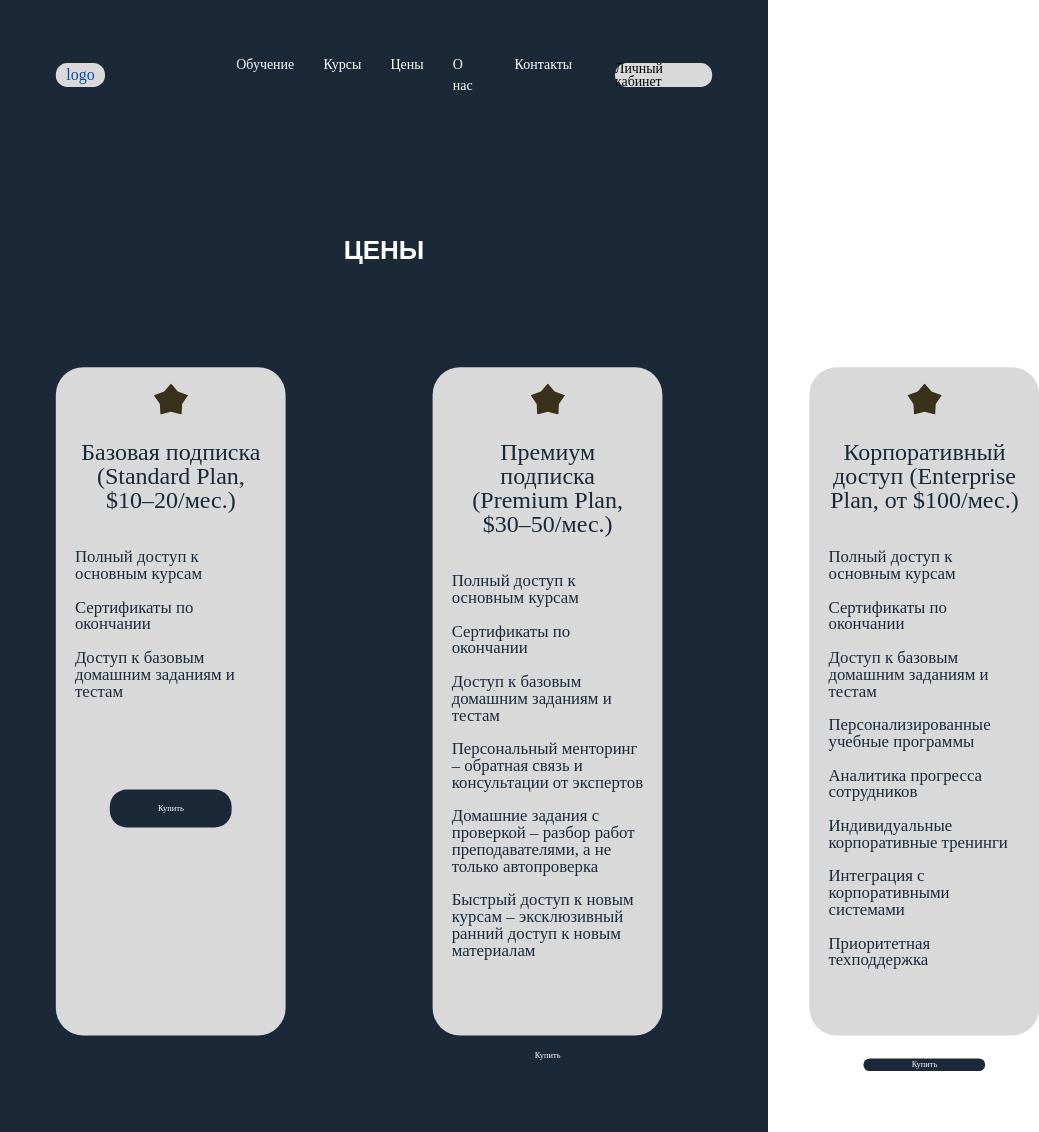
Repository: marjango/course
Page: /pricepage
An editor plug-in stored every save of this project. The page is shown before and after the next save, followed by the edit.
The browser window is 1280 px wide. The page is 1732 px wide, so the pictures cover 1732 px, including what lies to the right of the window. The pictures show the whole page, at 60% of full size.
The project was rebuilt for these pictures with package versions that can differ from the ones it lists, and the page was loaded fresh each time. The framework's server and built-in components were replaced by stand-ins that run in the browser. Also part of the build but not shown: next.config.ts.

Above is the page before, as saved 2025-03-26 21:25:50.

### app/layout.tsx
import type { Metadata } from "next";
import "./globals.css";
import './fonts.css';


export const metadata: Metadata = {
  title: "сourse",
  description: "it course",
};

export default function RootLayout({
  children,
}: Readonly<{
  children: React.ReactNode;
}>) {
  return (
    <html lang="en">
      <body

      >
        {children}
      </body>
    </html>
  );
}

### app/pricepage/page.tsx
import React from "react";
import Image from "next/image";
import s from "./price.module.css";
import Link from "next/link";
import star from "./Star.svg";

const pricepage = () => {
  return (
    <>
    <div className={s.pricepage}>
    <div className={s.headerContainer}>
          <Link href="/" className={s.logo}>
            logo
          </Link>

          <div className={s.nav}>
            <Link href="#">Обучение</Link>
            <Link href="/coursespage">Курсы</Link>
            <Link href="#">Цены</Link>
            <Link href="#">О нас</Link>
            <Link href="#">Контакты</Link>
          </div>

          <Link href="#" className={s.personal}>
            Личный кабинет
          </Link>
        </div>
      <h1>Цены</h1>
      <div className={s.columns}>
      <div className={s.column}>
        <Image src={star} width={58} height={55} alt="star" />
        <h3>Базовая подписка (Standard Plan, $10–20/мес.)</h3>
        <ul>
          <li>Полный доступ к основным курсам</li>
          <br />
          <li>Сертификаты по окончании</li>
          <br />
          <li>Доступ к базовым домашним заданиям и тестам</li>
        </ul>
        <button>Купить</button>
      </div>
      <div className={s.column}>
      <Image src={star} width={58} height={55} alt="star" />
        <h3>Премиум подписка (Premium Plan, $30–50/мес.)</h3>
        <ul>
          <li>Полный доступ к основным курсам</li>
          <br />
          <li>Сертификаты по окончании</li>
          <br />
          <li>Доступ к базовым домашним заданиям и тестам</li>
          <br />
          <li>
            Персональный менторинг – обратная связь и консультации от экспертов
          </li>
          <br />
          <li>
            Домашние задания с проверкой – разбор работ преподавателями, а не
            только автопроверка
          </li>
          <br />
          <li>
            Быстрый доступ к новым курсам – эксклюзивный ранний доступ к новым
            материалам
          </li>
        </ul>
        <button>Купить</button>
      </div>
      <div className={s.column}>
      <Image src={star} width={58} height={55} alt="star" />
        <h3>Корпоративный доступ (Enterprise Plan, от $100/мес.)</h3>
        <ul>
          <li>Полный доступ к основным курсам</li>
          <br />
          <li>Сертификаты по окончании</li>
          <br />
          <li>Доступ к базовым домашним заданиям и тестам</li>
          <br />
          <li>Персонализированные учебные программы</li>
          <br />
          <li>Аналитика прогресса сотрудников</li>
          <br />
          <li>Индивидуальные корпоративные тренинги</li>
          <br />
          <li>Интеграция с корпоративными системами</li>
          <br />
          <li>Приоритетная техподдержка</li>
        </ul>
        <button>Купить</button>
      </div>
      </div>
      </div>
    </>
  );
};

export default pricepage;

### app/globals.css
@import "tailwindcss";

* {
  font-family: 'Doloman Pavljenko';
}

h1 {
  font-family: 'Intro Friday', sans-serif;
  font-size: 3.39vw;
  line-height: 1.2;
  color: white;
  font-weight: bold;
  text-transform: uppercase;
}

### app/fonts.css
@font-face {
    font-family: 'Doloman Pavljenko';
    src: url("/public/fonts/DolomanPavljenko.otf") format('otf'),
    url("/public/fonts/DolomanPavljenko.otf") format('otf');
    font-weight: normal;
    font-style: normal;
  }

   @font-face {
     font-family: "Intro Friday";
     src: url("/public/fonts/Intro\ Friday\ Regular.ttf") format("ttf"),
     url("/public/fonts/Intro\ Friday\ Regular.ttf") format("ttf");
     font-weight: normal;
     font-style: normal;
   }

### app/pricepage/price.module.css
.pricepage {
    width: 100%;
    height: auto;
    padding: 7.03vw 7.29vw 12.60vw 7.29vw;
    background-color: #1b2838;
    display: flex;
    flex-direction: column;
    align-items: center;
    color: white;
}
.pricepage h1 {
    margin-top: 230px;
    margin-bottom: 170px;
}
.headerContainer {
    background: transparent;
    display: flex;
    justify-content: space-between;
    align-items: center;
    width: 100%;
  }

  .logo {
    padding: 0.52vw 1.35vw;
    background-color: #d9d9d9;
    border: none;
    border-radius: 1.51vw;
    color: #064b9b;
    font-size: 2.08vw;
    line-height: 2.08vw;
    font-weight: 300;
  }

  .nav {
    margin-left: 17.08vw;
    justify-self: center;
    font-size: 1.82vw;
    font-weight: 300;
    display: flex;
    gap: 3.8vw;
  }

  .personal {
    margin-left: 5.57vw;
    background-color: #d9d9d9;
    width: 12.66vw;
    height: 3.13vw;
    display: flex;
    justify-content: center;
    align-items: center;
    border: none;
    border-radius: 1.51vw;
    color: black;
    font-size: 1.8vw;
    line-height: 1.8vw;
    font-weight: 300;
  }

.columns {
    margin: 0 auto;
    display: flex;
    gap: 245px;
}
.column {
    background-color: #D9D9D9;
    border-radius: 46px;
    display: flex;
    flex-direction: column;
    align-items: center;
    width: 383px;
    height: 1114px;
    color: #1b2838;
    padding-bottom: 60px;
}
.column img {
    margin-top: 27px;
    margin-bottom: 43px;
}

.column h3 {
    font-size: 40px;
    line-height: 40px;
    font-weight: 300;
    text-align: center;
    max-width: 320px;
}
.column ul{
    max-width: 320px;
    font-size: 28px;
    line-height: 28px;
    margin-top: 60px;
    margin-bottom: 150px;
}
.column button {
    width: 203px;
    height: 63px;
    background-color: #1b2838;
    color: white;
    font-size: 14px;
    border: none;
    border-radius: 28px;

}

After the next save:
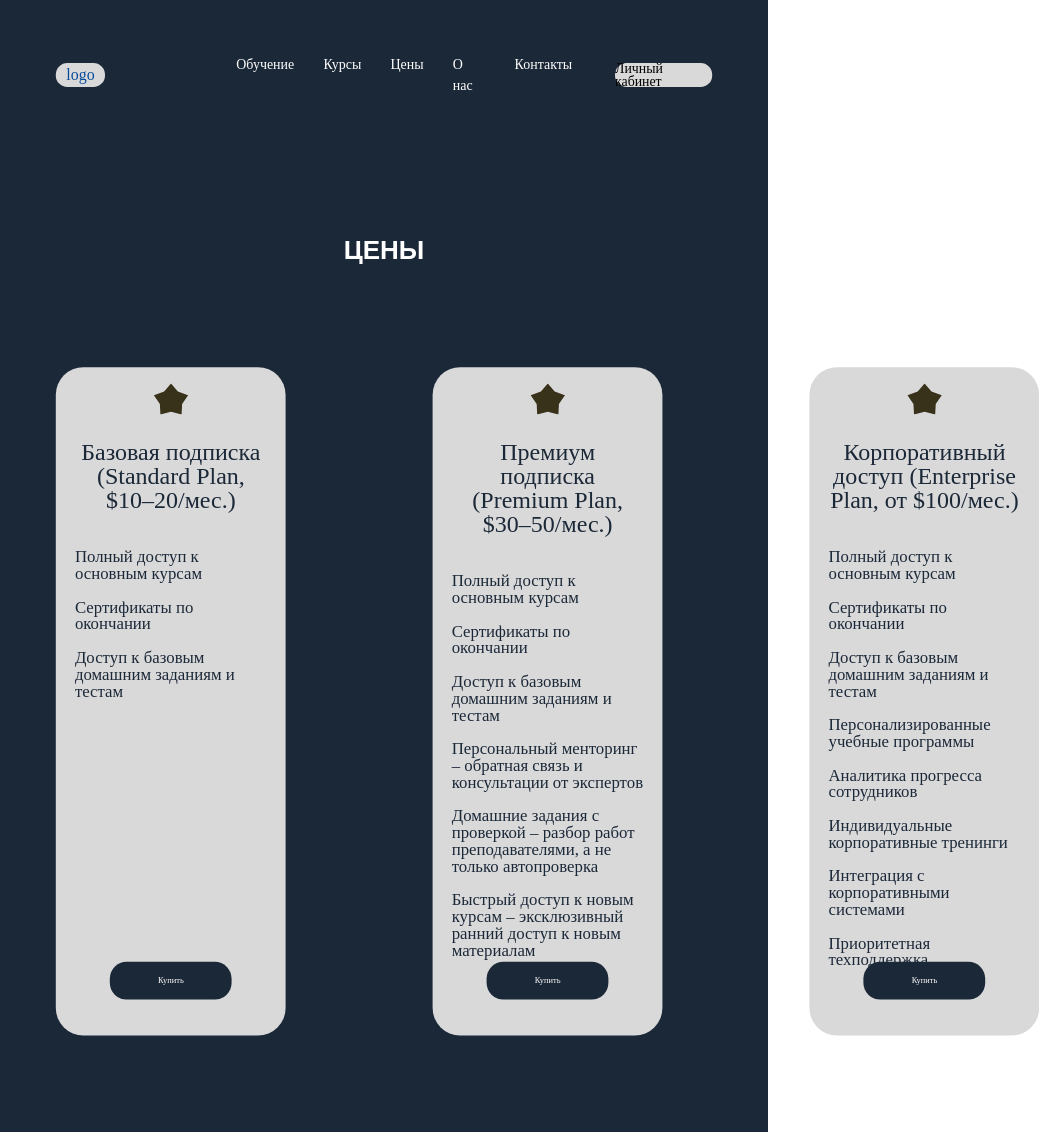
Saved 64 s later.
--- a/app/pricepage/price.module.css
+++ b/app/pricepage/price.module.css
@@ -70,7 +70,7 @@
     width: 383px;
     height: 1114px;
     color: #1b2838;
-    padding-bottom: 60px;
+    position: relative;
 }
 .column img {
     margin-top: 27px;
@@ -89,9 +89,9 @@
     font-size: 28px;
     line-height: 28px;
     margin-top: 60px;
-    margin-bottom: 150px;
 }
 .column button {
+    position: absolute;
     width: 203px;
     height: 63px;
     background-color: #1b2838;
@@ -99,5 +99,5 @@
     font-size: 14px;
     border: none;
     border-radius: 28px;
-
+    bottom: 60px;
 }
